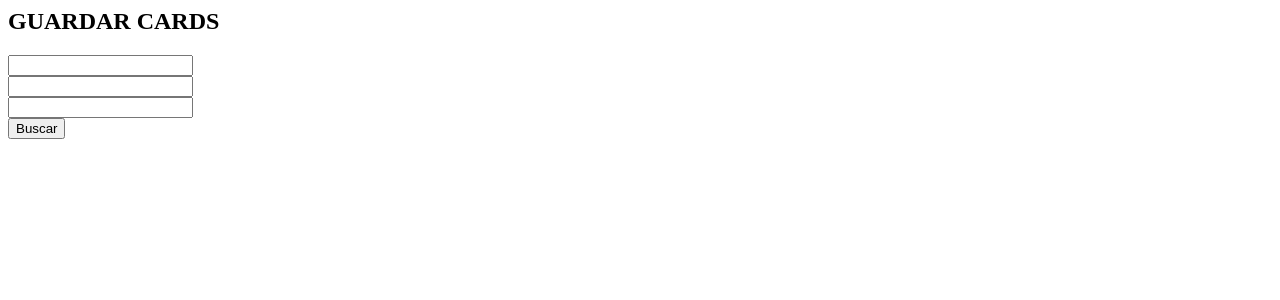
Repository: raalzate/creditcard
Page: CreditCardWeb/src/main/webapp/save.html
These files come from the project's save history. The page is drawn as it stood at one moment and after the next save; the edit follows.
The browser window is 1280 px wide. The pictures show the whole page.

Above is the page before, as saved 2016-05-27 18:18:22.

### CreditCardWeb/src/main/webapp/save.html
<h2>GUARDAR CARDS</h2>
<div ng-controller="saveController">
	<input type="text" name="cedula" placehoder="Cedula" ng-model="cedula"> <br />
	<input type="text" name="label" placehoder="Label" ng-model="cedula"> <br />
	<input type="text" name="mount" placehoder="Monto" ng-model="cedula"> <br />

	<button name="buscar" ng-click="buscarCards()">Buscar</button>
</div>

After the next save:
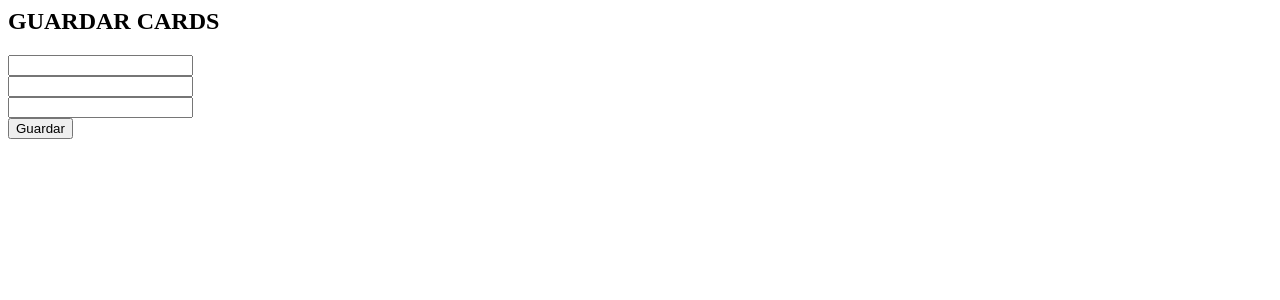
Saved 19 s later.
--- a/CreditCardWeb/src/main/webapp/save.html
+++ b/CreditCardWeb/src/main/webapp/save.html
@@ -4,5 +4,5 @@
 	<input type="text" name="label" placehoder="Label" ng-model="cedula"> <br />
 	<input type="text" name="mount" placehoder="Monto" ng-model="cedula"> <br />
 
-	<button name="buscar" ng-click="buscarCards()">Buscar</button>
+	<button name="buscar" ng-click="guardarCard()">Guardar</button>
 </div>
